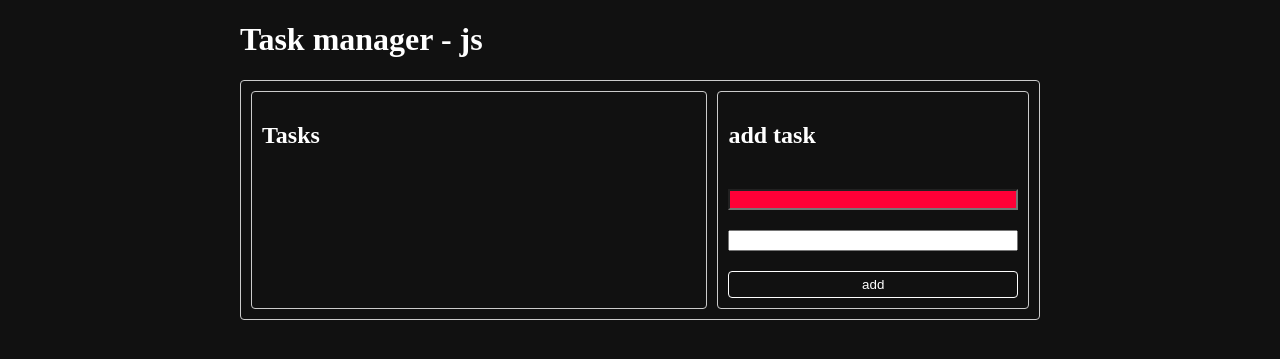
Repository: iKrekus/taskmgr-js
Page: index.html
These files come from the project's save history. The page is drawn as it stood at one moment and after the next save; the edit follows.
The browser window is 1280 px wide. The pictures show the whole page.
The first visible `.task-mgr__field` has the focus.

Above is the page before, as saved 2024-03-15 16:51:05.

After the next save:
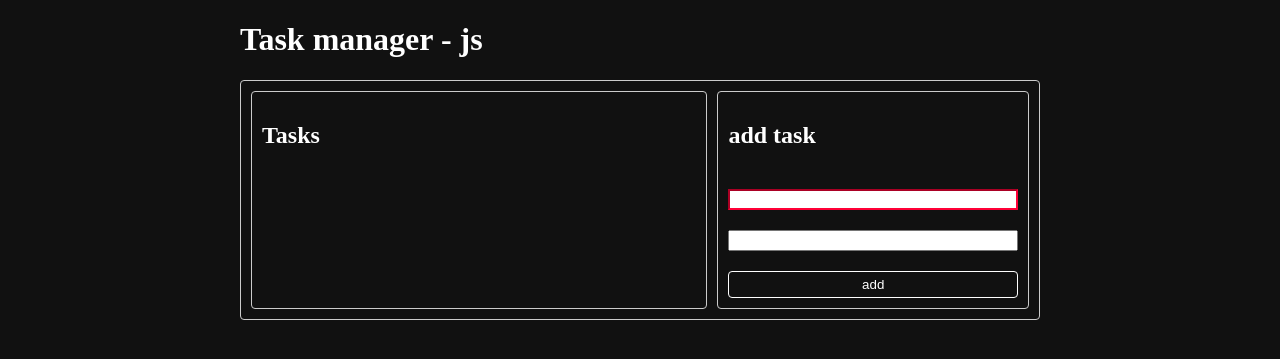
Saved 10 s later.
--- a/style.css
+++ b/style.css
@@ -55,7 +55,7 @@ body {
 }
 
 .task-mgr__field:focus {
-  background-color: #ff0037;
+  border-color: #ff0037;
   outline: none;
 }
 
